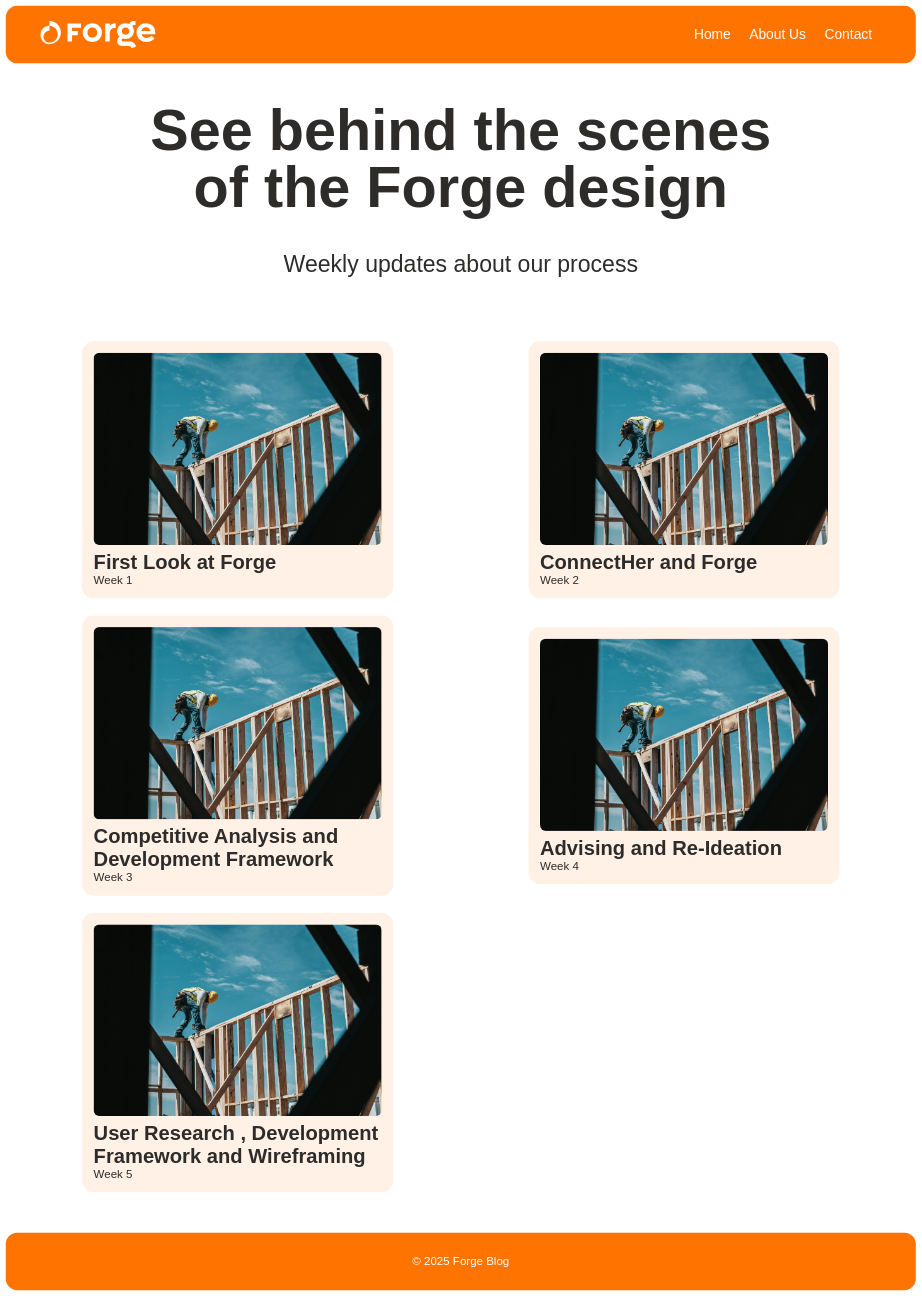
Repository: Forge-IDSP/Blog
Page: /
An editor plug-in stored every save of this project. The page is shown before and after the next save, followed by the edit.
The browser window is 1280 px wide. The pictures show the whole page, at 72% of full size.
The project was rebuilt for these pictures with package versions that can differ from the ones it lists, and the page was loaded fresh each time. Also part of the build but not shown: vite.config.js, src/index.css, src/pages/blogpost.module.css, src/pages/week1.jsx, src/pages/week2.jsx, src/pages/week3.jsx, src/pages/week4.jsx, src/pages/week5.jsx and 4 more.

Above is the page before, as saved 2025-10-27 13:08:40.

### index.html
<!DOCTYPE html>
<html lang="en">
    <head>
        <meta charset="UTF-8" />
        <link
            rel="icon"
            type="image/svg+xml"
            href="/vite.svg" />
        <meta
            name="viewport"
            content="width=device-width, initial-scale=1.0" />
        <title>Forge Blog</title>
    </head>
    <body>
        <div id="root"></div>
        <script
            type="module"
            src="/src/main.jsx"></script>
    </body>
</html>

### src/App.jsx
import { BrowserRouter as Router, Routes, Route } from "react-router-dom";
import Home from "./pages/home.jsx";
import Week1 from "./pages/week1.jsx";
import Week2 from "./pages/week2.jsx";
import Week3 from "./pages/week3.jsx";
import Week4 from "./pages/week4.jsx";
import Week5 from "./pages/week5.jsx";
import AboutUs from "./pages/aboutUs.jsx";
import ContactUs from "./pages/contactUs.jsx";

export default function App() {
    return (
        <Router>
            <Routes>
                <Route
                    path='/'
                    element={<Home />}
                />
                <Route
                    path='/week1'
                    element={<Week1 />}
                />
                <Route
                    path='/week2'
                    element={<Week2 />}
                />
                <Route
                    path='/week3'
                    element={<Week3 />}
                />
                <Route
                    path='/week4'
                    element={<Week4 />}
                />
                <Route
                    path='/week5'
                    element={<Week5 />}
                />
                <Route
                    path='/aboutUs'
                    element={<AboutUs />}
                />
                <Route
                    path='/contactUs'
                    element={<ContactUs />}
                />
            </Routes>
        </Router>
    );
}

### src/pages/home.jsx
import Header from "../ui/header/header.jsx";
import Card from "../ui/card/card.jsx";
import Footer from "../ui/footer/footer.jsx";
import cardcontent from "../data/cardcontent.json";

export default function Home() {
    return (
        <div className='page'>
            <Header />
            <h1 className='title'>
                See behind the scenes
                <br /> of the Forge design
            </h1>
            <p className='subtitle'>Weekly updates about our process</p>

            <div className='post_container'>
                {cardcontent.map((item) => (
                    <Card
                        key={item.id}
                        title={item.title}
                        image={item.image}
                        text={item.text}
                        link={item.link}
                    />
                ))}
            </div>

            <Footer />
        </div>
    );
}

### src/ui/header/header.jsx
import style from "./header.module.css";
import { Link } from "react-router-dom";

function Header() {
    return (
        <div className={style.header}>
            <img
                src='/forge-logo.svg'
                alt='Forge Logo'
                className={style.logo}></img>
            <nav className={style.menu}>
                <a
                    className={style.menu_item}
                    href='/'>
                    Home
                </a>
                <Link
                    className={style.menu_item}
                    to='/AboutUs'>
                    About Us
                </Link>

                <Link
                    to='/ContactUs'
                    className={style.menu_item}>
                    Contact
                </Link>
            </nav>
        </div>
    );
}

export default Header;

### src/ui/card/card.jsx
import { Link } from "react-router-dom";
import styles from "./card.module.css";

export default function Card({ title, image, text, link }) {
    return (
        <Link
            to={link}
            className={styles.card}>
            <img
                className={styles.card_image}
                src={image}
                alt={title}
            />
            <h2 className={styles.card_title}>{title}</h2>
            <p className={styles.card_week}>{text}</p>
        </Link>
    );
}

### src/ui/footer/footer.jsx
import styles from "./footer.module.css";

function Footer() {
    const currentYear = new Date().getFullYear();

    return (
        <footer className={styles.footer}>
            <p className={styles.footer__text}>© {currentYear} Forge Blog</p>
        </footer>
    );
}

export default Footer;

### src/data/cardcontent.json
[
    {
        "id": "week1",
        "title": "First Look at Forge",
        "image": "/blog-image1.jpg",
        "text": "Week 1",
        "link": "/week1"
    },
    {
        "id": "week2",
        "title": "ConnectHer and Forge",
        "image": "/blog-image1.jpg",
        "text": "Week 2",
        "link": "/week2"
    },
    {
        "id": "week3",
        "title": "Competitive Analysis and Development Framework",
        "image": "/blog-image1.jpg",
        "text": "Week 3",
        "link": "/week3"
    },
    {
        "id": "week4",
        "title": "Advising and Re-Ideation ",
        "image": "/blog-image1.jpg",
        "text": "Week 4",
        "link": "/week4"
    },
    {
        "id": "week5",
        "title": "User Research , Development Framework and Wireframing ",
        "image": "/blog-image1.jpg",
        "text": "Week 5",
        "link": "/week5"
    }
]

### src/App.css
#root {
    /* ----- COLORS ----- */
    --primary-50: #fff1e6;
    --primary-100: #ffd4b0;
    --primary-200: #ffbf8a;
    --primary-300: #ffa155;
    --primary-400: #ff8f34;
    --primary-500: #ff7301;
    --primary-600: #e86901;
    --primary-700: #b55201;
    --primary-800: #8c3f01;
    --primary-900: #6b3000;

    --secondary-50: #eefae6;
    --secondary-100: #cbefb1;
    --secondary-200: #b2e88b;
    --secondary-300: #8fdd55;
    --secondary-400: #79d635;
    --secondary-500: #58cc02;
    --secondary-600: #50ba02;
    --secondary-700: #3e9101;
    --secondary-800: #86967a;
    --secondary-900: #255601;

    /* -- neutral colors -- */

    --offwhite-500: #f9f9f9;
    --white: #ffffff;
    --black-50: #eaeaea;
    --black-100: #bebebd;
    --black-200: #9e9e9d;
    --black-300: #727271;
    --black-400: #575655;
    --black-500: #2d2c2b;

    /* ----- FONT -----  */
    --font-family: "Nunito Sans", sans-serif;
}

.root {
    background-color: var(--white);
}
.page {
    margin: 0 auto;
    padding: 1rem;
    text-align: center;
    height: 100%;
    margin: 0;
    padding: 0;
    background-color: var(--white);
    display: flex;
    flex-direction: column;
    font-family: var(--font-family);
}

.title {
    font-size: 5rem;
    color: var(--black-500);
    line-height: 5rem;
    margin-bottom: 1rem;
}

.subtitle {
    font-size: 2rem;
    color: var(--black-500);
}

.post_container {
    display: grid;
    grid-template-columns: repeat(3, 1fr);
    gap: 2rem;
    background-color: var(--white);
    padding: 3rem;
    border-radius: 16px;
    align-items: center;
    justify-content: center;
    justify-items: center;
    margin-bottom: 2rem;
    margin-top: 2rem;
}

/* Tablet: 2 columns */
@media (max-width: 1300px) {
    .post_container {
        grid-template-columns: repeat(2, 1fr);
        padding: 1.5rem;
        gap: 1.5rem;
    }
}

/* Mobile: 1 column */
@media (max-width: 600px) {
    .post_container {
        grid-template-columns: 1fr;
        padding: 1rem;
        gap: 1rem;
    }
}

### src/ui/header/header.module.css
.header {
    background-color: var(--primary-500);
    display: flex;
    justify-content: space-between;
    align-items: center;
    padding: 1rem 3rem;
    border-radius: 16px;
}

.logo {
    width: 10rem;
}

.menu {
    display: flex;
    gap: rem;
}

.menu_item {
    font-size: 1.2rem;
    text-decoration: none;
    color: var(--white);
    font-family: var(--font-family);
    padding: 0.8rem;
}

.menu_item:hover {
    font-weight: bold;
    padding: 0.8rem;
    border-radius: 8px;
}

### src/ui/card/card.module.css
.card {
    background-color: var(--primary-50);
    padding: 1rem;
    border-radius: 16px;
    display: flex;
    flex-direction: column;
    align-items: start;
    width: 400px;
    text-decoration: none;
}

.card:hover {
    transform: scale(1.03);
    background-color: var(--primary-500);
}

.card_image {
    width: 400px;
    height: auto;
    border-radius: 8px;
    margin-bottom: 8px;
}

.card_title {
    font-size: 28px;
    text-align: start;
    margin: 0;
    color: var(--black-500);
}

a:visited .card_title {
    color: var(--black-500);
}

.card_week {
    font-size: 16px;
    margin: 0;
    color: var(--black-500);
}

### src/ui/footer/footer.module.css
.footer {
    width: 100%;
    height: 5em;
    display: flex;
    justify-content: center;
    align-items: center;
    background-color: var(--primary-500);
    margin-top: auto;
    border-radius: 16px;
}

.footer__text {
    font-family: var(--font-family);
    color: var(--white);
    font-size: 16px;
    text-align: center;
    margin: 0;
}

Loaded but not shown: src/main.jsx (common file)

After the next save:
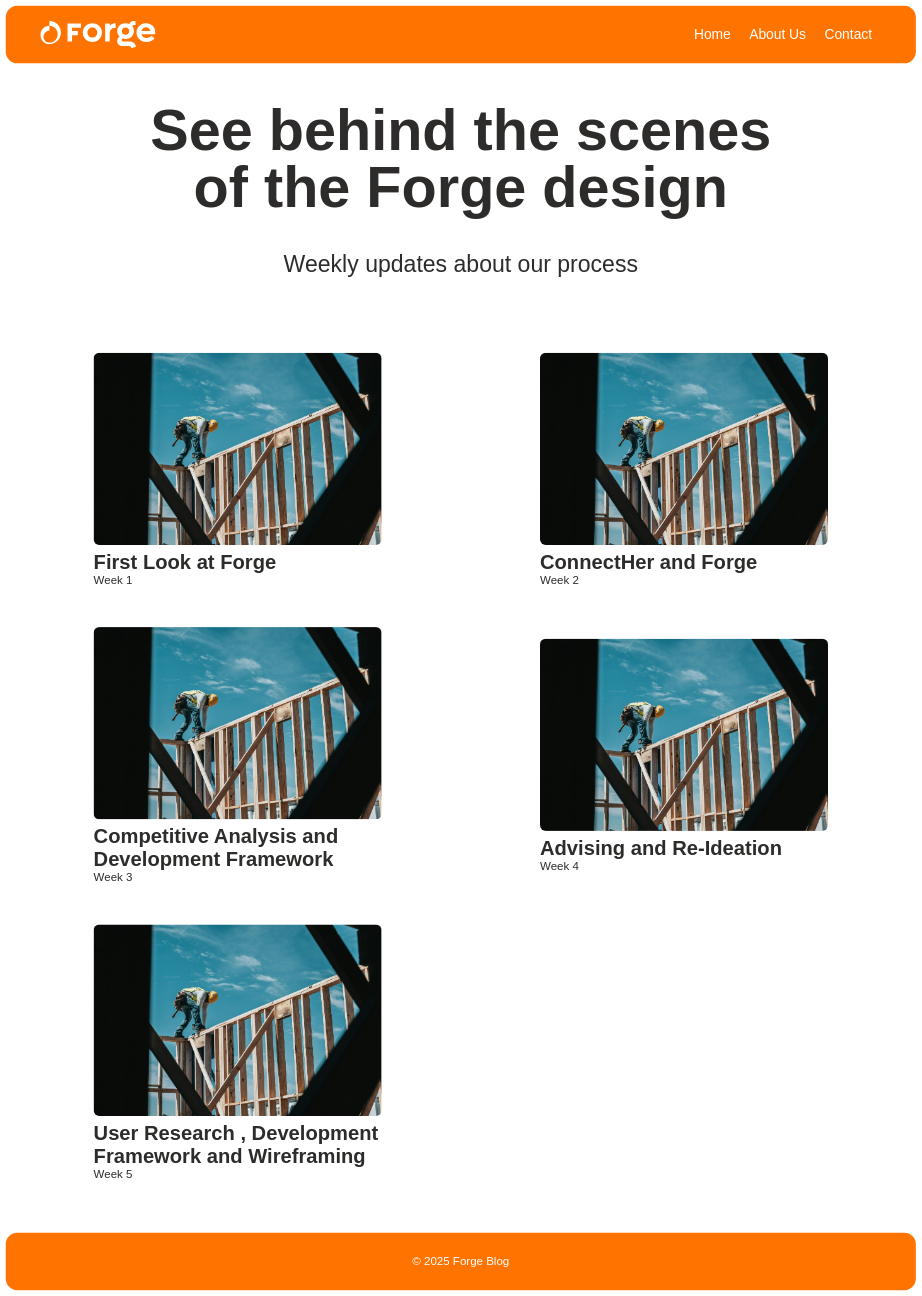
Saved 15 s later.
--- a/src/ui/card/card.module.css
+++ b/src/ui/card/card.module.css
@@ -1,5 +1,4 @@
 .card {
-    background-color: var(--primary-50);
     padding: 1rem;
     border-radius: 16px;
     display: flex;
